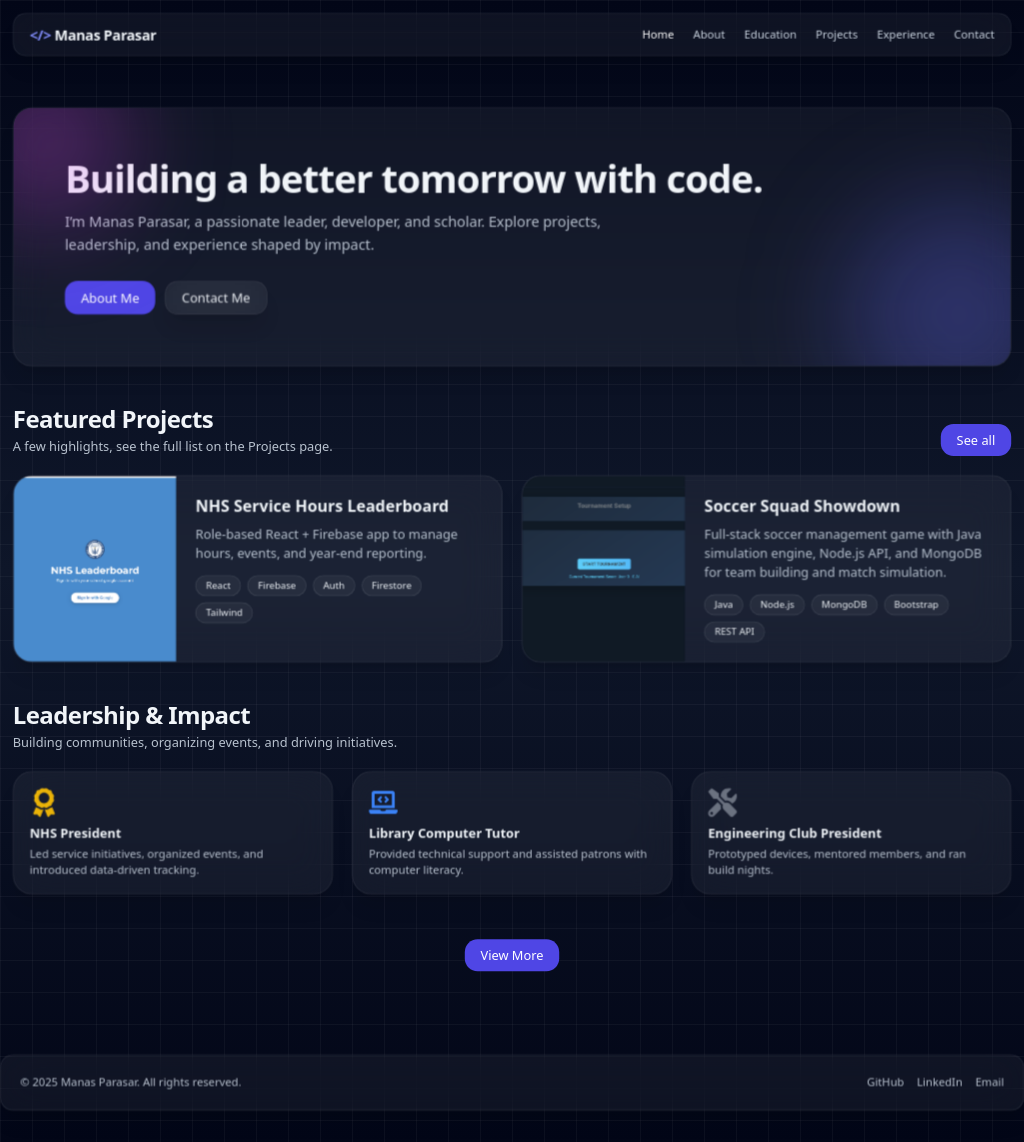
Repository: Manas-Parasar/portfolio-manas-parasar
Page: /
The author's editor kept a copy of each file at every save. The page is drawn from the files as they stood at one save, then again after the next save.
The browser window is 1280 px wide. The pictures show the whole page, at 80% of full size.
The project was rebuilt for these pictures with package versions that can differ from the ones it lists, and the page was loaded fresh each time. Also part of the build but not shown: vite.config.js, src/pages/About.jsx, src/pages/Projects.jsx, src/components/TimelineItem.jsx, src/pages/Experience.jsx, src/pages/Contact.jsx. Imported but missing from the stored project, and not drawn on this page: src/assets/Manas Parasar Resume.pdf.

Above is the page before, as saved 2025-10-12 23:47:31.

### index.html
<!DOCTYPE html>
<html lang="en">
  <head>
    <meta charset="UTF-8" />
    <meta name="viewport" content="width=device-width, initial-scale=1.0" />
    <title>Manas Parasar Portfolio</title>
    <meta
      name="description"
      content="Portfolio of Manas Parasar: projects, leadership, research, and impact."
    />
    <link rel="icon" href="/PortfolioFavicon.png" />
  </head>
  <body
    class="min-h-screen bg-gradient-to-b from-slate-950 via-slate-900 to-slate-950 text-slate-100"
  >
    <div id="root"></div>
    <script type="module" src="/src/main.jsx"></script>
  </body>
</html>

### src/main.jsx
import { BrowserRouter } from "react-router-dom";
import "./index.css";
import React from "react";
import ReactDOM from "react-dom/client";
import App from "./App";

ReactDOM.createRoot(document.getElementById("root")).render(
  <React.StrictMode>
    <BrowserRouter>
      <App />
    </BrowserRouter>
  </React.StrictMode>
);

### src/index.css
@tailwind base;
@tailwind components;
@tailwind utilities;

html,
body {
  margin: 0;
  padding: 0;
  box-sizing: border-box;
  overscroll-behavior: none;
  overflow-x: hidden;
}

html {
  background-color: #0aa345; /* slate-900 */
}

html,
body {
  margin: 0;
  padding: 0;
  box-sizing: border-box;
}

html {
  background-color: #0f172a; /* slate-900 */
}

/* Subtle selection & scrollbar tweaks */
::selection {
  background: #175430;
  color: white;
}
::-webkit-scrollbar {
  width: 10px;
}
::-webkit-scrollbar-thumb {
  background: rgba(148, 184, 155, 0.4);
  border-radius: 999px;
}

/* Reusable utilities */
@layer utilities {
  .glass {
    @apply bg-white/5 backdrop-blur-xl border border-white/10 shadow-xl;
  }
  .btn {
    @apply inline-flex items-center gap-2 rounded-2xl px-5 py-2 font-medium transition;
  }
  .btn-primary {
    @apply btn bg-brand-600 hover:bg-brand-500 text-white;
  }
  .btn-ghost {
    @apply btn glass hover:bg-white/10;
  }
  .headline {
    @apply text-4xl md:text-5xl font-extrabold tracking-tight;
  }
  .subtle {
    @apply text-slate-300/90;
  }
}

### src/App.jsx
import { Routes, Route } from "react-router-dom";
import Navbar from "./components/Navbar";
import Footer from "./components/Footer";
import Home from "./pages/Home";
import About from "./pages/About";
import Projects from "./pages/Projects";
import Experience from "./pages/Experience";
import Contact from "./pages/Contact";
import Education from "./pages/Education";

export default function App() {
  return (
    <div className="min-h-screen flex flex-col bg-grid-sheer bg-grid-sheer bg-[length:40px_40px] overflow-hidden">
      <div className="absolute inset-0 -z-10 opacity-70" aria-hidden>
        <div className="absolute -top-40 -left-40 h-96 w-96 rounded-full bg-brand-500 blur-[120px] opacity-30 animate-float" />
      </div>
      <Navbar />
      <main className="container py-10 flex-grow">
        <Routes>
          <Route path="/" element={<Home />} />
          <Route path="/about" element={<About />} />
          <Route path="/education" element={<Education />} />
          <Route path="/projects" element={<Projects />} />
          <Route path="/experience" element={<Experience />} />
          <Route path="/contact" element={<Contact />} />
        </Routes>
      </main>
      <Footer />
    </div>
  );
}

### src/components/Navbar.jsx
import { Link, NavLink } from "react-router-dom";
import { Menu, X } from "lucide-react";
import { useState } from "react";

export default function Navbar() {
  const [open, setOpen] = useState(false);
  const nav = [
    { to: "/", label: "Home" },
    { to: "/about", label: "About" },
    { to: "/education", label: "Education" },
    { to: "/projects", label: "Projects" },
    { to: "/experience", label: "Experience" },
    { to: "/contact", label: "Contact" },
  ];

  const NavItems = ({ onClick }) => (
    <ul className="flex flex-col md:flex-row gap-4 md:gap-6 text-sm">
      {nav.map((n) => (
        <li key={n.to}>
          <NavLink
            to={n.to}
            onClick={onClick}
            className={({ isActive }) =>
              `transition hover:text-white ${
                isActive ? "text-white" : "text-slate-300"
              }`
            }
          >
            {n.label}
          </NavLink>
        </li>
      ))}
    </ul>
  );

  return (
    <header className="sticky top-0 z-50">
      <div className="container mt-4">
        <div className="glass rounded-2xl px-5 py-3 flex items-center justify-between">
          <Link to="/" className="font-black tracking-tight text-lg">
            <span className="text-brand-400">&lt;/&gt;</span> Manas Parasar
          </Link>
          <nav className="hidden md:block">
            <NavItems />
          </nav>
          <button
            className="md:hidden btn-ghost"
            onClick={() => setOpen(!open)}
            aria-label="Toggle Menu"
          >
            {open ? <X size={20} /> : <Menu size={20} />}
          </button>
        </div>
        {open && (
          <div className="md:hidden mt-2 glass rounded-2xl px-5 py-4">
            <NavItems onClick={() => setOpen(false)} />
          </div>
        )}
      </div>
    </header>
  );
}

### src/components/Footer.jsx
export default function Footer() {
  return (
    <footer className="mt-16 pb-10">
      <div className="container glass rounded-2xl p-6 flex flex-col md:flex-row items-center justify-between gap-4">
        <p className="text-sm subtle">
          © {new Date().getFullYear()} Manas Parasar. All rights reserved.
        </p>
        <div className="text-sm subtle flex gap-4">
          <a
            href="https://github.com/"
            target="_blank"
            className="hover:text-white"
          >
            GitHub
          </a>
          <a
            href="https://linkedin.com/"
            target="_blank"
            className="hover:text-white"
          >
            LinkedIn
          </a>
          <a href="mailto:manas@example.com" className="hover:text-white">
            Email
          </a>
        </div>
      </div>
    </footer>
  );
}

### src/pages/Home.jsx
import Hero from "../components/Hero";
import Section from "../components/Section";
import ProjectCard from "../components/ProjectCard";
import nhsLeaderboardScreenshot from "../assets/NHS Leaderboard Screenshot.png";
import soccerSquadShowdownScreenshot from "../assets/Soccer Squad Showdown Screenshot.png";
import { FaAward, FaLaptopCode, FaTools } from "react-icons/fa";

export default function Home() {
  return (
    <>
      <Hero />

      <Section
        title="Featured Projects"
        subtitle="A few highlights, see the full list on the Projects page."
        cta={
          <a href="#/projects" className="btn-primary">
            See all
          </a>
        }
      >
        <div className="grid md:grid-cols-2 gap-6">
          <ProjectCard
            title="NHS Service Hours Leaderboard"
            desc="Role-based React + Firebase app to manage hours, events, and year-end reporting."
            tags={["React", "Firebase", "Auth", "Firestore", "Tailwind"]}
            link="https://github.com/Manas-Parasar/NHS-Service-Hours-Leaderboard"
            img={nhsLeaderboardScreenshot}
          />
          <ProjectCard
            title="Soccer Squad Showdown"
            desc="Full-stack soccer management game with Java simulation engine, Node.js API, and MongoDB for team building and match simulation."
            tags={["Java", "Node.js", "MongoDB", "Bootstrap", "REST API"]}
            link="https://github.com/Manas-Parasar/Soccer-Squad-Showdown"
            img={soccerSquadShowdownScreenshot}
          />
        </div>
      </Section>

      <Section
        title="Leadership & Impact"
        subtitle="Building communities, organizing events, and driving initiatives."
      >
        <div className="grid md:grid-cols-3 gap-6">
          {[
            {
              title: "NHS President",
              desc: "Led service initiatives, organized events, and introduced data-driven tracking.",
            },
            {
              title: "Library Computer Tutor",
              desc: "Provided technical support and assisted patrons with computer literacy.",
            },
            {
              title: "Engineering Club President",
              desc: "Prototyped devices, mentored members, and ran build nights.",
            },
          ].map((c) => (
            <div key={c.title} className="glass rounded-3xl p-5 block">
              {c.title === "NHS President" && (
                <FaAward className="text-4xl mb-2 text-yellow-500" />
              )}
              {c.title === "Library Computer Tutor" && (
                <FaLaptopCode className="text-4xl mb-2 text-blue-500" />
              )}
              {c.title === "Engineering Club President" && (
                <FaTools className="text-4xl mb-2 text-gray-500" />
              )}
              <h3 className="font-semibold">{c.title}</h3>
              <p className="subtle text-sm mt-1">{c.desc}</p>
            </div>
          ))}
        </div>
        <div className="text-center mt-8">
          <a href="#/experience" className="btn-primary">
            View More
          </a>
        </div>
      </Section>
    </>
  );
}

### src/pages/Education.jsx
import { FaJava, FaRegCopyright } from "react-icons/fa";
import { DiVisualstudio } from "react-icons/di";
import {
  SiJavascript,
  SiReact,
  SiPython,
  SiFirebase,
  SiTailwindcss,
  SiGit,
  SiGithub,
  SiHtml5,
  SiCss3,
  SiCplusplus,
  SiNodedotjs,
  SiTypescript,
  SiExpress,
  SiMongodb,
  SiBootstrap,
  SiVite,
  SiEslint,
} from "react-icons/si";
import React from "react";

const skills = [
  { name: "Java", icon: <FaJava />, color: "text-red-500" },
  { name: "React", icon: <SiReact />, color: "text-blue-500" },
  { name: "Python", icon: <SiPython />, color: "text-yellow-500" },
  { name: "Firebase", icon: <SiFirebase />, color: "text-yellow-400" },
  { name: "Tailwind", icon: <SiTailwindcss />, color: "text-teal-500" },
  { name: "Bootstrap", icon: <SiBootstrap />, color: "text-purple-500" },
  { name: "GitHub", icon: <SiGithub />, color: "text-gray-400" },
  { name: "Git", icon: <SiGit />, color: "text-orange-600" },
  { name: "HTML", icon: <SiHtml5 />, color: "text-orange-500" },
  { name: "CSS", icon: <SiCss3 />, color: "text-blue-600" },
  { name: "JavaScript", icon: <SiJavascript />, color: "text-yellow-300" },
  { name: "TypeScript", icon: <SiTypescript />, color: "text-blue-400" },
  { name: "C", icon: <FaRegCopyright />, color: "text-blue-600" },
  { name: "C++", icon: <SiCplusplus />, color: "text-blue-700" },
  { name: "Express.js", icon: <SiExpress />, color: "text-gray-400" },
  { name: "Node.js", icon: <SiNodedotjs />, color: "text-green-500" },
  { name: "MongoDB", icon: <SiMongodb />, color: "text-green-600" },
  { name: "Vite", icon: <SiVite />, color: "text-yellow-400" },
  { name: "ESLint", icon: <SiEslint />, color: "text-purple-400" },
  { name: "Visual Studio", icon: <DiVisualstudio />, color: "text-blue-500" },
];

export default function Education() {
  return (
    <div className="space-y-6">
      <div className="glass rounded-3xl p-6 hover:shadow-glow transition">
        <h3 className="font-semibold mb-2 text-2xl text-brand-400">College</h3>
        <div className="subtle">
          <p className="font-bold">Paradise Valley Community College</p>
          <p>Associate of Science in Computer Science</p>
          <p>Expected Graduation: May 2026</p>
          <br />
          <p>Associate of Arts in Mathematics</p>
          <p>Expected Graduation: May 2026</p>
        </div>
      </div>
      <div className="glass rounded-3xl p-6 hover:shadow-glow transition">
        <h3 className="font-semibold mb-2 text-2xl text-brand-400">
          High School
        </h3>
        <div className="subtle">
          <p className="font-bold">
            Arizona Agribusiness & Equine Center - Paradise Valley
          </p>
          <p>High School Diploma</p>
          <p>May 2026</p>
          <p>Phoenix, AZ</p>
        </div>
      </div>
      <div className="glass rounded-3xl p-6 hover:shadow-glow transition">
        <h3 className="font-semibold mb-2 text-2xl text-brand-400">
          Academics & Scores
        </h3>
        <ul className="subtle list-disc list-inside space-y-1">
          <li>SAT: 1530 (770 Math, 760 English)</li>
          <li>ACT: 35 (36 Math, 36 Science, 36 English, 33 Reading)</li>
          <li>GPA: 4.00 (Unweighted)</li>
        </ul>
      </div>
      <div className="glass rounded-3xl p-6 hover:shadow-glow transition">
        <h3 className="font-semibold mb-2 text-2xl text-brand-400">
          Certifications & Awards
        </h3>
        <ul className="subtle list-disc list-inside space-y-1">
          <li>Python Essential Training Certification (LinkedIn Learning)</li>
          <li>Introduction to Web APIs Certification (LinkedIn Learning)</li>
          <li>President’s Honor Roll (Paradise Valley Community College)</li>
          <li>
            4.0 Honor Roll (3x, Arizona Agribusiness & Equine Center - Paradise
            Valley)
          </li>
          <li>
            Excellence in Science (2024 - 2025, Arizona Agribusiness & Equine
            Center - Paradise Valley)
          </li>
        </ul>
      </div>
      <div className="glass rounded-3xl p-6 hover:shadow-glow transition">
        <h3 className="font-semibold mb-2 text-2xl text-brand-400">
          Related Coursework
        </h3>
        <div className="grid grid-cols-1 md:grid-cols-2 gap-4 subtle">
          <div>
            <h4 className="font-semibold mb-2">Computer Science</h4>
            <ul className="list-disc list-inside space-y-1">
              <li>Introduction to Computer Science (Java) (CSC110AB)</li>
              <li>
                Object Oriented Programming and Data Structures (Java)
                (CSC205AC)
              </li>
              <li>Digital Design Fundamentals (CSC120)</li>
              <li>
                Introduction to Different Programming Languages (CSC240AA)
              </li>
              <li>Computer Organization and Assembly Language (CSC230)</li>
            </ul>
            <h4 className="font-semibold mb-2 mt-4">Mathematics</h4>
            <ul className="list-disc list-inside space-y-1">
              <li>Geometry 1-2</li>
              <li>Algebra 3-4</li>
              <li>Pre-Calculus 1-2</li>
              <li>College Algebra/Functions (MAT151)</li>
              <li>Calculus with Analytical Geometry I (MAT220)</li>
              <li>Calculus with Analytical Geometry II (MAT230)</li>
              <li>Calculus with Analytic Geometry III (MAT240)</li>
              <li>Discrete Mathematical Structures (MAT227)</li>
            </ul>
          </div>
          <div>
            <h4 className="font-semibold mb-2">Science</h4>
            <ul className="list-disc list-inside space-y-1">
              <li>Biology 1-2</li>
              <li>Chemistry 1-2</li>
              <li>General Chemistry I (CHM151)</li>
              <li>General Chemistry Laboratory I (CHM151LL)</li>
              <li>General Chemistry II (CHM152)</li>
              <li>General Chemistry Laboratory II (CHM152LL)</li>
            </ul>
            <h4 className="font-semibold mb-2 mt-4">Electives</h4>
            <ul className="list-disc list-inside space-y-1">
              <li>Introduction to Logic (PHI103)</li>
            </ul>
          </div>
        </div>
      </div>
      <div className="glass rounded-3xl p-6 hover:shadow-glow transition">
        <h3 className="font-semibold mb-2 text-2xl text-brand-400">Skills</h3>
        <div className="grid grid-cols-2 md:grid-cols-4 gap-4">
          {skills.map((skill) => (
            <div
              key={skill.name}
              className="flex items-center gap-4 bg-white/5 p-4 rounded-lg transition-all duration-300 ease-in-out hover:bg-white/10 hover:scale-105 hover:shadow-glow"
            >
              <div className={`text-4xl ${skill.color}`}>{skill.icon}</div>
              <div>
                <h4 className="font-bold">{skill.name}</h4>
              </div>
            </div>
          ))}
        </div>
      </div>
    </div>
  );
}

### src/components/Hero.jsx
import { motion } from "framer-motion";

export default function Hero() {
  return (
    <section className="mt-6">
      <div className="relative overflow-hidden rounded-3xl glass p-10 md:p-16">
        <motion.h1
          initial={{ opacity: 0, y: 20 }}
          animate={{ opacity: 1, y: 0 }}
          transition={{ duration: 0.6 }}
          className="headline"
        >
          Building a better tomorrow with code.
        </motion.h1>
        <motion.p
          initial={{ opacity: 0, y: 20 }}
          animate={{ opacity: 1, y: 0 }}
          transition={{ duration: 0.7, delay: 0.1 }}
          className="mt-4 text-lg subtle max-w-3xl"
        >
          I’m Manas Parasar, a passionate leader, developer, and scholar.
          Explore projects, leadership, and experience shaped by impact.
        </motion.p>
        <motion.div
          initial={{ opacity: 0, y: 20 }}
          animate={{ opacity: 1, y: 0 }}
          transition={{ duration: 0.7, delay: 0.2 }}
          className="mt-8 flex gap-3"
        >
          <a className="btn-primary" href="#/about">
            About Me
          </a>
          <a className="btn-ghost" href="#/contact">
            Contact Me
          </a>
        </motion.div>
        {/* Decorative blobs */}
        <div className="pointer-events-none absolute -right-20 -bottom-20 h-72 w-72 rounded-full bg-brand-500/30 blur-3xl" />
        <div className="pointer-events-none absolute -left-16 -top-16 h-52 w-52 rounded-full bg-fuchsia-500/30 blur-3xl" />
      </div>
    </section>
  );
}

### src/components/Section.jsx
export default function Section({ title, subtitle, children, cta }) {
  return (
    <section className="mt-12">
      <div className="flex items-end justify-between gap-4 mb-6">
        <div>
          <h2 className="text-2xl md:text-3xl font-bold tracking-tight">
            {title}
          </h2>
          {subtitle && <p className="subtle mt-1">{subtitle}</p>}
        </div>
        {cta}
      </div>
      <div className="grid gap-6">{children}</div>
    </section>
  );
}

### src/components/ProjectCard.jsx
import { motion } from "framer-motion";

export default function ProjectCard({
  title,
  desc,
  tags = [],
  img = "https://images.unsplash.com/photo-1522071820081-009f0129c71c?q=80&w=1400&auto=format&fit=crop",
  link = "#",
}) {
  return (
    <motion.a
      href={link}
      target="_blank"
      rel="noreferrer"
      initial={{ opacity: 0, y: 20 }}
      whileInView={{ opacity: 1, y: 0 }}
      viewport={{ once: true }}
      transition={{ duration: 0.5 }}
      className="group glass rounded-3xl overflow-hidden grid md:grid-cols-3"
    >
      <div className="md:col-span-1">
        <img
          src={img}
          alt={title}
          className="h-48 md:h-full w-full object-cover transition group-hover:scale-105"
        />
      </div>
      <div className="md:col-span-2 p-6">
        <h3 className="text-xl font-bold mb-2">{title}</h3>
        <p className="subtle mb-4">{desc}</p>
        <div className="flex flex-wrap gap-2">
          {tags.map((t) => (
            <span
              key={t}
              className="px-3 py-1 rounded-full bg-white/5 text-xs border border-white/10"
            >
              {t}
            </span>
          ))}
        </div>
      </div>
    </motion.a>
  );
}

### tailwind.config.js
/** @type {import('tailwindcss').Config} */
export default {
  content: ["./index.html", "./src/**/*.{js,jsx,ts,tsx}"],
  theme: {
    extend: {
      container: { center: true, padding: "1rem" },
      fontFamily: {
        display: ["Inter", "ui-sans-serif", "system-ui"],
      },
      colors: {
        brand: {
          50: "#eef2ff",
          100: "#e0e7ff",
          200: "#c7d2fe",
          300: "#a5b4fc",
          400: "#818cf8",
          500: "#6366f1",
          600: "#4f46e5",
          700: "#4338ca",
          800: "#3730a3",
          900: "#312e81",
        },
      },
      boxShadow: {
        glow: "0 0 0 0 rgba(99,102,241,0.5), 0 0 80px 10px rgba(99,102,241,0.25)",
      },
      backgroundImage: {
        "grid-sheer":
          "linear-gradient(rgba(255,255,255,0.04) 1px, transparent 1px), linear-gradient(90deg, rgba(255,255,255,0.04) 1px, transparent 1px)",
      },
      backgroundSize: {
        "grid-sheer": "40px 40px",
      },
      animation: {
        float: "float 6s ease-in-out infinite",
        shimmer: "shimmer 4s linear infinite",
      },
      keyframes: {
        float: {
          "0%, 100%": { transform: "translateY(0px)" },
          "50%": { transform: "translateY(-10px)" },
        },
        shimmer: {
          "0%": { backgroundPosition: "-200% 0" },
          "100%": { backgroundPosition: "200% 0" },
        },
      },
    },
  },
  plugins: [],
};

After the next save:
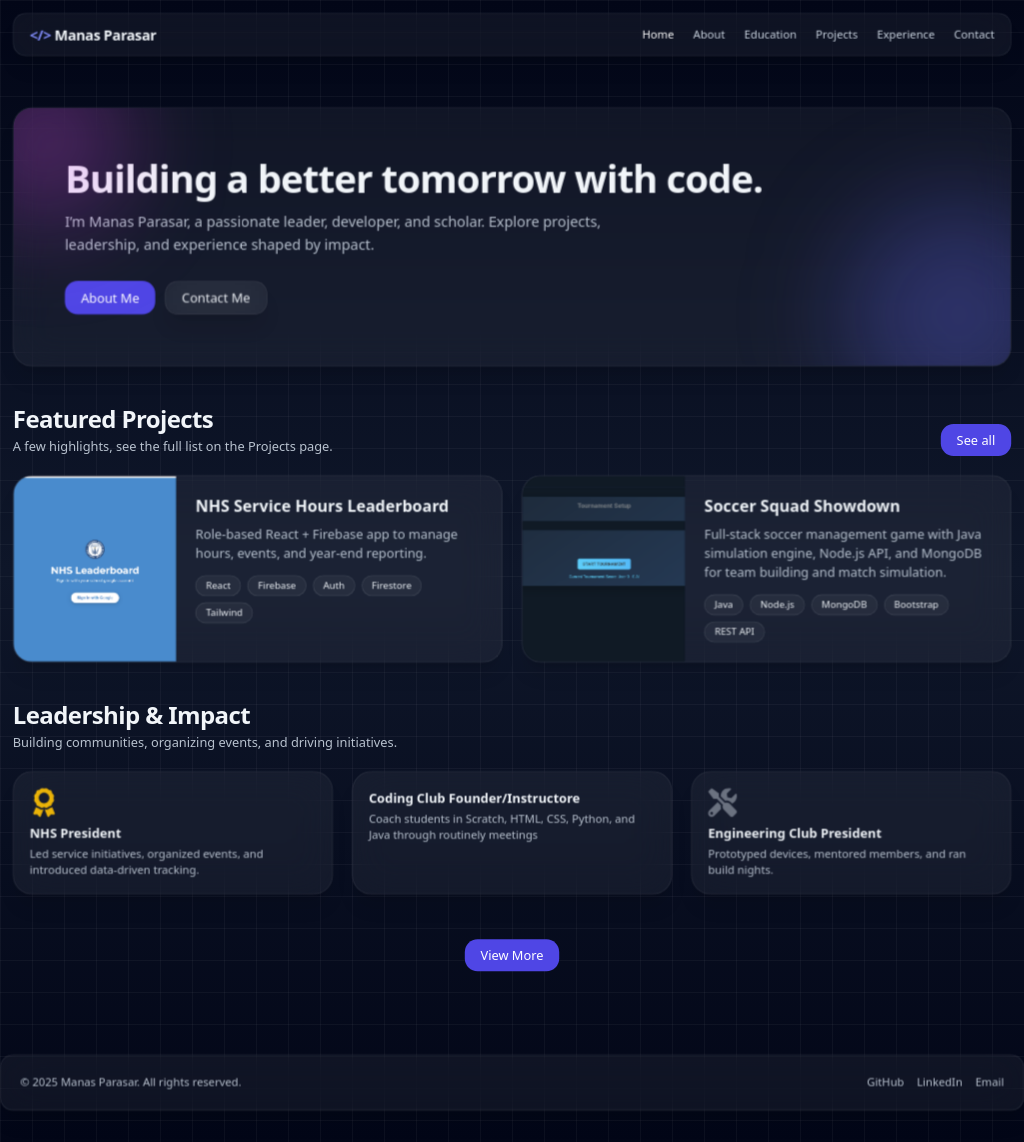
Saved 21 h 42 min later.
--- a/src/pages/Home.jsx
+++ b/src/pages/Home.jsx
@@ -48,8 +48,8 @@ export default function Home() {
               desc: "Led service initiatives, organized events, and introduced data-driven tracking.",
             },
             {
-              title: "Library Computer Tutor",
-              desc: "Provided technical support and assisted patrons with computer literacy.",
+              title: "Coding Club Founder/Instructore",
+              desc: "Coach students in Scratch, HTML, CSS, Python, and Java through routinely meetings",
             },
             {
               title: "Engineering Club President",
